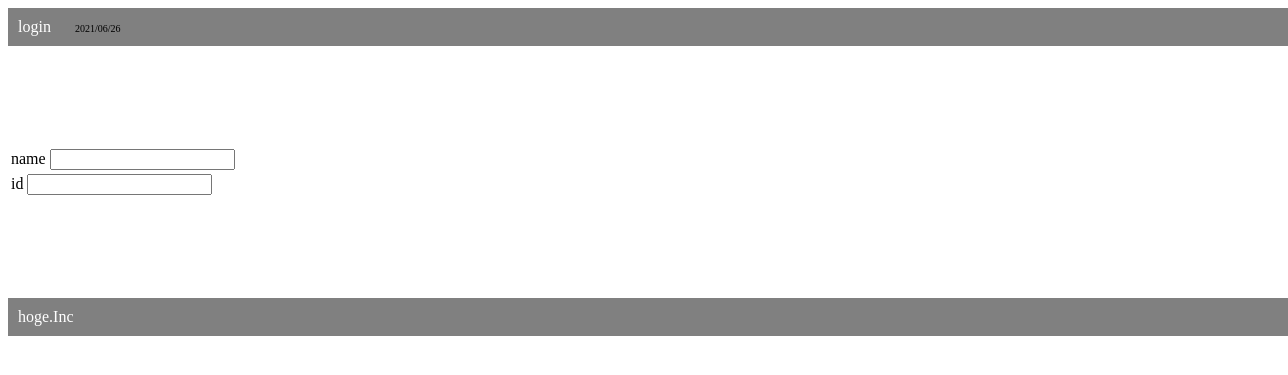
Repository: genki-iwai/curriculum
Page: http://localhost/Check3/
These files come from the project's save history. The page is drawn as it stood at one moment and after the next save; the edit follows.
The browser window is 1280 px wide. The page is 1288 px wide, so the pictures cover 1288 px, including what lies to the right of the window. The pictures show the whole page.
The page is served by Tomcat 9.

Above is the page before, as saved 2021-07-06 21:28:28.

### JavaStudy/Check3/WebContent/jspTest.jsp
<%@ page language="java" contentType="text/html; charset=UTF-8"
    pageEncoding="UTF-8"%>
<!DOCTYPE html PUBLIC "-//W3C//DTD HTML 4.01 Transitional//EN" "http://www.w3.org/TR/html4/loose.dtd">
<html>
<head>
<meta http-equiv="Content-Type" content="text/html; charset=UTF-8">
<link rel="styleSheet" href="css/style.css">
<title>Insert title here</title>
</head>
<body>
<%@ include file="header.jsp" %>
	<div class="main">
		<table class="main">
			<tr>
				<td>name <input type = "text"></td>
			</tr>
			<tr>
				<td>id <input type = "text"></td>
			</tr>
		</table>
	</div>
<%@ include file="footer.jsp" %>
</body>
</html>

### JavaStudy/Check3/WebContent/header.jsp
<%@ page language="java" contentType="text/html; charset=UTF-8"
    pageEncoding="UTF-8"%>
<%@ page import="java.util.*,java.text.SimpleDateFormat" %>
<!DOCTYPE html PUBLIC "-//W3C//DTD HTML 4.01 Transitional//EN" "http://www.w3.org/TR/html4/loose.dtd">
<html>
<head>
<meta http-equiv="Content-Type" content="text/html; charset=UTF-8">
<title>Insert title here</title>
</head>
<body>
	<div class="header">
		<label class="login">login</label>
		<label class="date">
			<% Date date = new Date();
				SimpleDateFormat sdf = new SimpleDateFormat("yyyy/MM/dd");
				String formatDate = sdf.format(date);
				out.print(formatDate);
			 %>
		</label>
	</div>
<!-- </body>
</html> -->

### JavaStudy/Check3/WebContent/footer.jsp
<%@ page language="java" contentType="text/html; charset=UTF-8"
    pageEncoding="UTF-8"%>
<!DOCTYPE html PUBLIC "-//W3C//DTD HTML 4.01 Transitional//EN" "http://www.w3.org/TR/html4/loose.dtd">
<html>
<head>
<meta http-equiv="Content-Type" content="text/html; charset=UTF-8">
<title>Insert title here</title>
</head>
<body>
	<div class="footer">
		<label class="footer-1">hoge.Inc</label>
	</div>

</body>
</html>

### JavaStudy/Check3/WebContent/css/style.css
@CHARSET "UTF-8";

body {
	width: 100%;
	height: 100%;
}
.wrapper {
	margin: 0 auto;
}

.header {
	background-color: gray;
}
.login {
	display: inline-block;
	padding: 10px;
	color: white;
}
.date {
	padding: 10px;
	font-size: 10px;
}
.main {
	padding-bottom: 50px;
	padding-top: 50px;
}
.footer {
	background-color: gray;
}
.footer-1 {
	display: inline-block;
	padding: 10px;
	color: white;
}

After the next save:
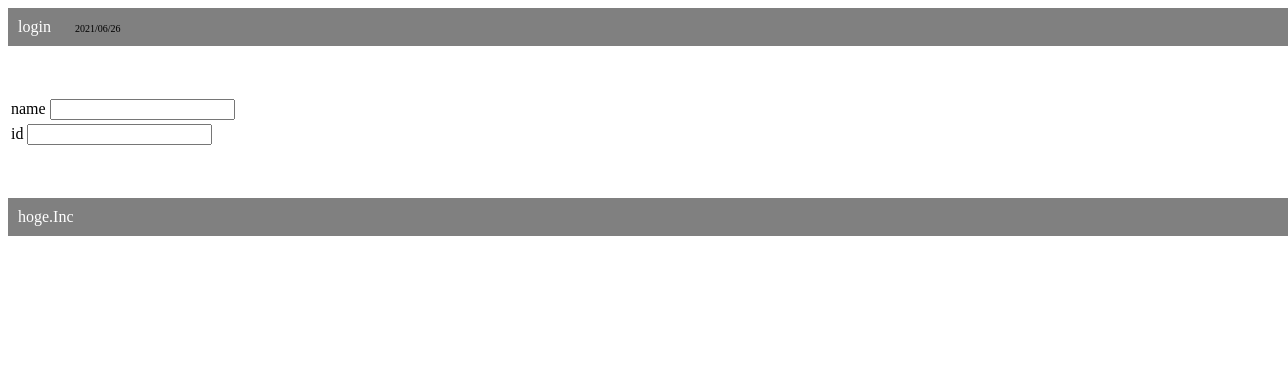
Saved 26 s later.
--- a/JavaStudy/Check3/WebContent/jspTest.jsp
+++ b/JavaStudy/Check3/WebContent/jspTest.jsp
@@ -10,7 +10,7 @@
 <body>
 <%@ include file="header.jsp" %>
 	<div class="main">
-		<table class="main">
+		<table>
 			<tr>
 				<td>name <input type = "text"></td>
 			</tr>
